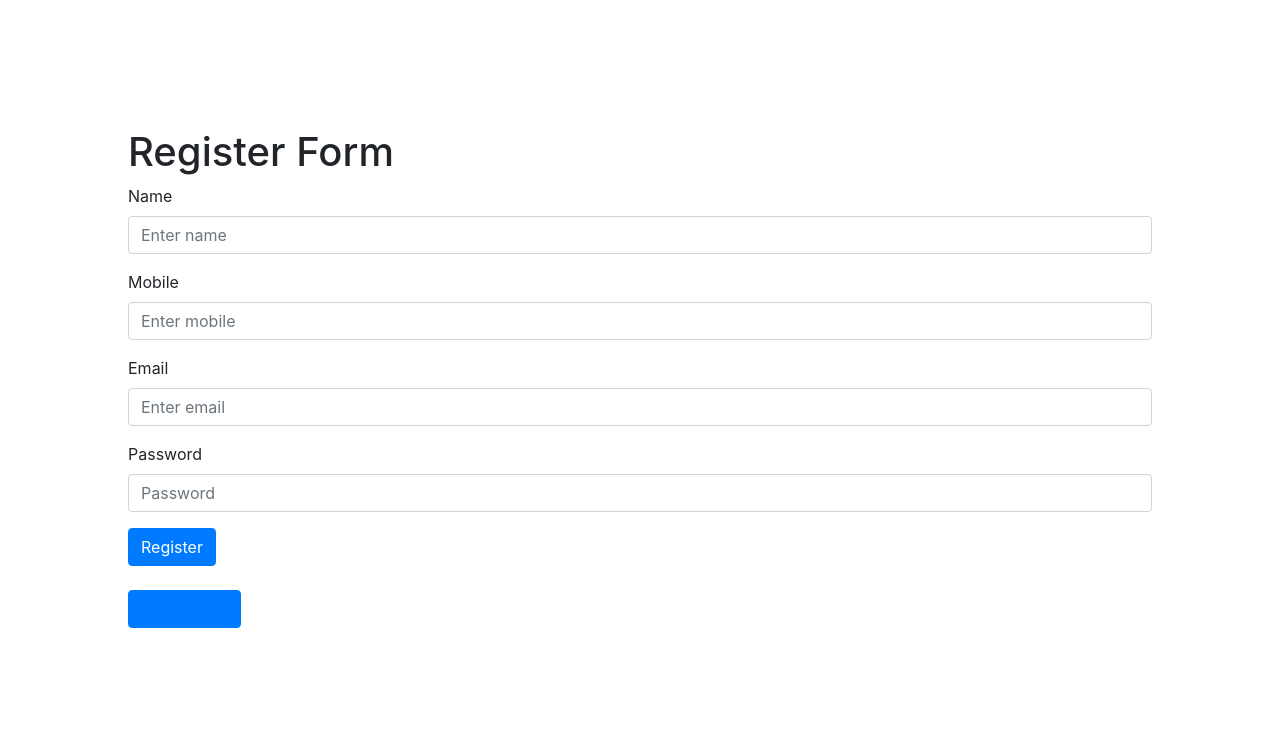
Repository: lalji-yadav/Register-Login-and-CRUD-using-token-and-Without-token-based
Page: /
An editor plug-in stored every save of this project. The page is shown before and after the next save, followed by the edit.
The browser window is 1280 px wide. The pictures show the whole page.
The project was rebuilt for these pictures with package versions that can differ from the ones it lists, and the page was loaded fresh each time. Also part of the build but not shown: src/App.css, src/auth/login.js, src/components/reg.js, src/components/table.js.

Above is the page before, as saved 2021-02-03 11:28:34.

### src/App.js
import './App.css';
import Login from "./auth/login";
import Register from "./auth/register";
import Reg from "./components/reg";
import Table from "./components/table";
import {
  BrowserRouter as Router,
  Switch,
  Route
} from "react-router-dom";

function App() {
  return (
    <div>
      <Router>
        <Switch>
           <Route exact path="/" component={Register} />
           <Route exact path="/login" component={Login} />
           <Route exact path="/reg" component={Reg} />
           <Route exact path="/table" component={Table} />
        </Switch>
      </Router>
       {/* <Register /> */}
       {/* <Login /> */}
       {/* <Reg /> */}
    </div>
  );
}

export default App;

### src/auth/register.js
import React,{useState} from 'react';
import {Form,Button} from 'react-bootstrap';
import axios from "axios";
import {
    BrowserRouter as Router,
    Switch,
    Route,
    Link
  } from "react-router-dom";


const Register = () => {

    const [values, setValues] = useState({
        name:'',
        mobile:'',
        email:'',
        password:''
    })

    const changeHandler = (event) => {
        setValues((prevProps) => ({
          ...prevProps,
          [event.target.name]: event.target.value
        }));
      };

    const onRegister=()=> {
       axios.post('http://localhost:3000/user',
       {name:values.name, mobile:values.mobile, email:values.email, password:values.password})
       .then((res)=> {
           console.log(res)
       }).catch((err)=> {
           console.log(err)
       })
    }

    return (
        <div style={{padding:"10%"}}>
           <h1> Register Form </h1>
            <Form>
                <Form.Group controlId="formBasicEmail">
                    <Form.Label>Name</Form.Label>
                    <Form.Control type="text" placeholder="Enter name"
                    name="name"
                    value={values.name}
                    onChange={changeHandler}
                     />
                </Form.Group>

                <Form.Group controlId="formBasicPassword">
                    <Form.Label>Mobile</Form.Label>
                    <Form.Control type="text" placeholder="Enter mobile"
                     name="mobile"
                     value={values.mobile}
                    onChange={changeHandler}
                     />
                </Form.Group>

                <Form.Group controlId="formBasicEmail">
                    <Form.Label>Email</Form.Label>
                    <Form.Control type="text" placeholder="Enter email"
                    name="email"
                    value={values.email}
                    onChange={changeHandler}
                     />
                </Form.Group>

                <Form.Group controlId="formBasicPassword">
                    <Form.Label>Password</Form.Label>
                    <Form.Control type="password" placeholder="Password"
                    name="password"
                    value={values.password}
                    onChange={changeHandler}
                     />
                </Form.Group>


            </Form>

            <Button type="button" className="btn btn-primary" onClick={onRegister} >
            Register </Button> <br /> <br />
            <Button type="button"> <Link to="/login"> Go to Login </Link> </Button>
        </div>
    );
};

export default Register;

Loaded but not shown: public/index.html (common file); src/index.js (common file); src/index.css (common file); src/reportWebVitals.js (common file)

After the next save:
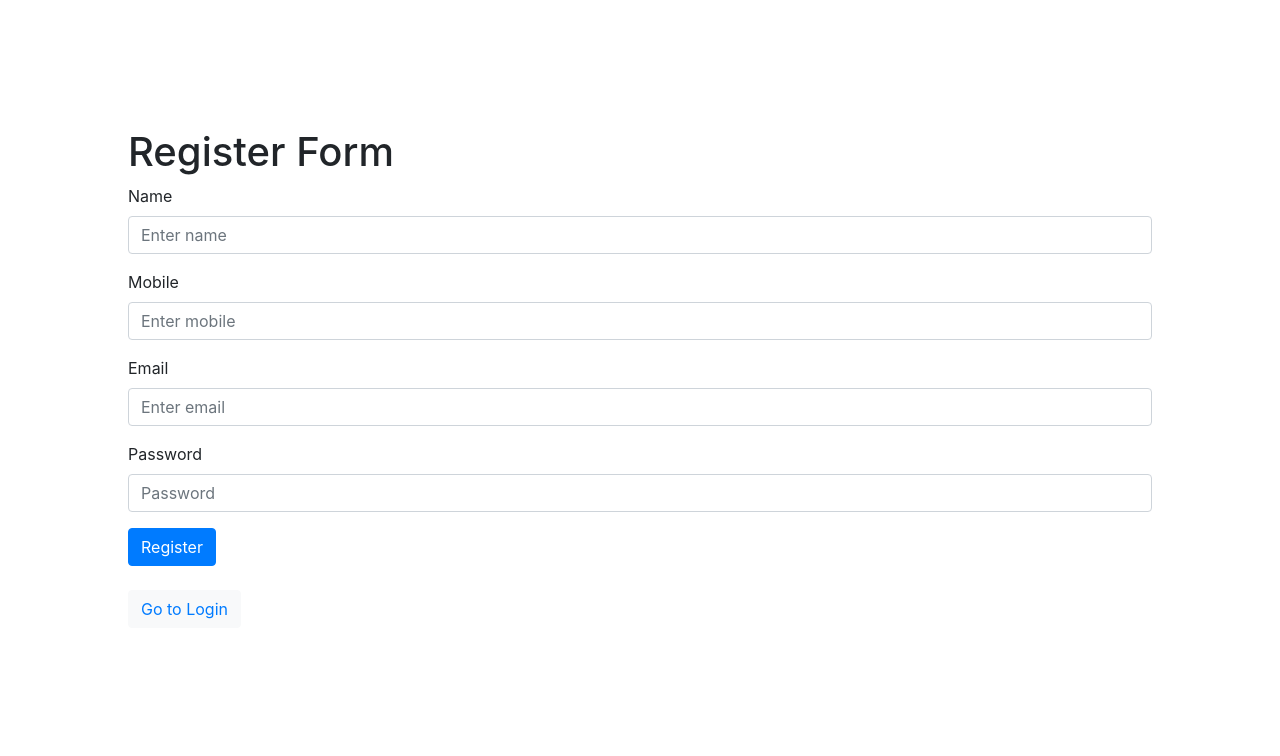
Saved 111 s later.
--- a/src/auth/register.js
+++ b/src/auth/register.js
@@ -80,7 +80,7 @@ const Register = () => {
 
             <Button type="button" className="btn btn-primary" onClick={onRegister} >
             Register </Button> <br /> <br />
-            <Button type="button"> <Link to="/login"> Go to Login </Link> </Button>
+            <Button type="button" variant="light"> <Link to="/login"> Go to Login </Link> </Button>
         </div>
     );
 };
